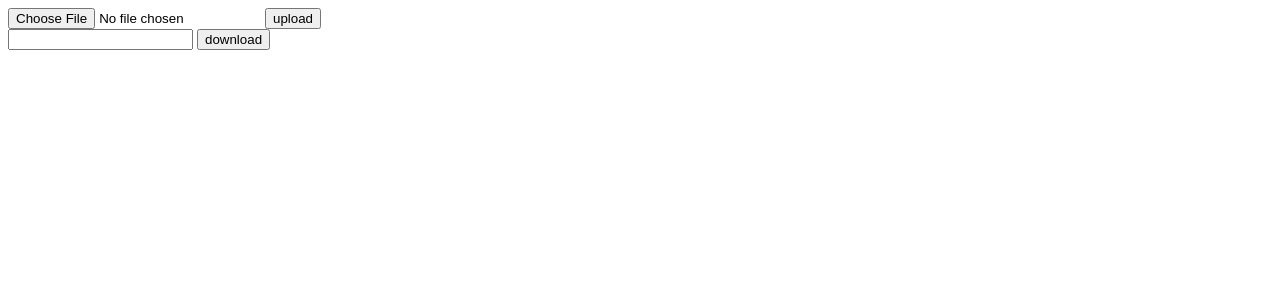
Repository: xonxucxich/demo-network-secu
Page: public/index.html
The author's editor kept a copy of each file at every save. The page is drawn from the files as they stood at one save, then again after the next save.
The browser window is 1280 px wide. The pictures show the whole page.

Above is the page before, as saved 2021-10-16 02:21:07.

### public/index.html
<!DOCTYPE html>
<html lang="en">
<head>
    <meta charset="UTF-8">
    <meta name="viewport" content="width=device-width, initial-scale=1.0">
    <meta http-equiv="X-UA-Compatible" content="ie=edge">
    <title>Document</title>
</head>
<body>

    <form action="/profile" method="post" enctype="multipart/form-data">
        <input type="file" name="avatar" />
        <button>upload</button>
      </form>
      <input id="filehash"type="text">
      <button onclick="loadDoc()">download</button>
</body>
    <script>
        function loadDoc() {
            var xhttp = new XMLHttpRequest();
            xhttp.onreadystatechange = function() {
                if (this.readyState == 4 && this.status == 200) {
                // document.getElementById("demo").innerHTML = this.responseText;
                console.log(this);
                window.open(this.responseURL);
                }
            };
            console.log(document.getElementById("filehash").value)
            xhttp.open("GET", "download/"+document.getElementById("filehash").value, true);
            xhttp.send();
        }
    </script>
</html>

### public/style.css
button{
    background-color: #47a386;
    border: 0;
    border-radius: 5px;
    box-shadow: 0 2px 4px rgba(0,0,0,0.2);
    color: #fff;
    font-size: 14px;
    padding: 10px 25px;
  }

  button:hover{
    background:#333 ;
  }

After the next save:
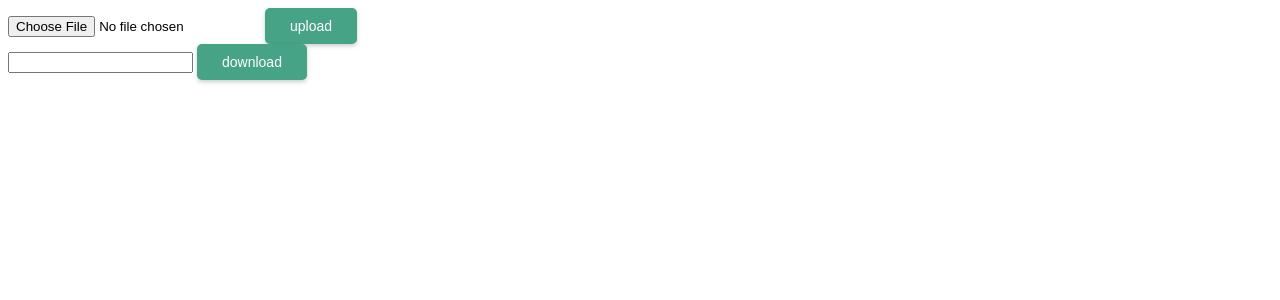
Saved 38 s later.
--- a/public/index.html
+++ b/public/index.html
@@ -4,6 +4,7 @@
     <meta charset="UTF-8">
     <meta name="viewport" content="width=device-width, initial-scale=1.0">
     <meta http-equiv="X-UA-Compatible" content="ie=edge">
+    <link rel="stylesheet" href="./style.css" />
     <title>Document</title>
 </head>
 <body>

After the save that followed:
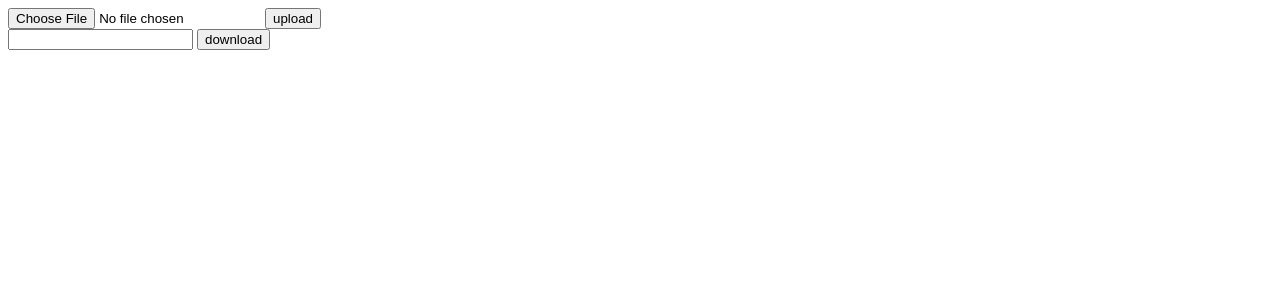
Saved 64 s later.
--- a/public/index.html
+++ b/public/index.html
@@ -4,7 +4,6 @@
     <meta charset="UTF-8">
     <meta name="viewport" content="width=device-width, initial-scale=1.0">
     <meta http-equiv="X-UA-Compatible" content="ie=edge">
-    <link rel="stylesheet" href="./style.css" />
     <title>Document</title>
 </head>
 <body>
